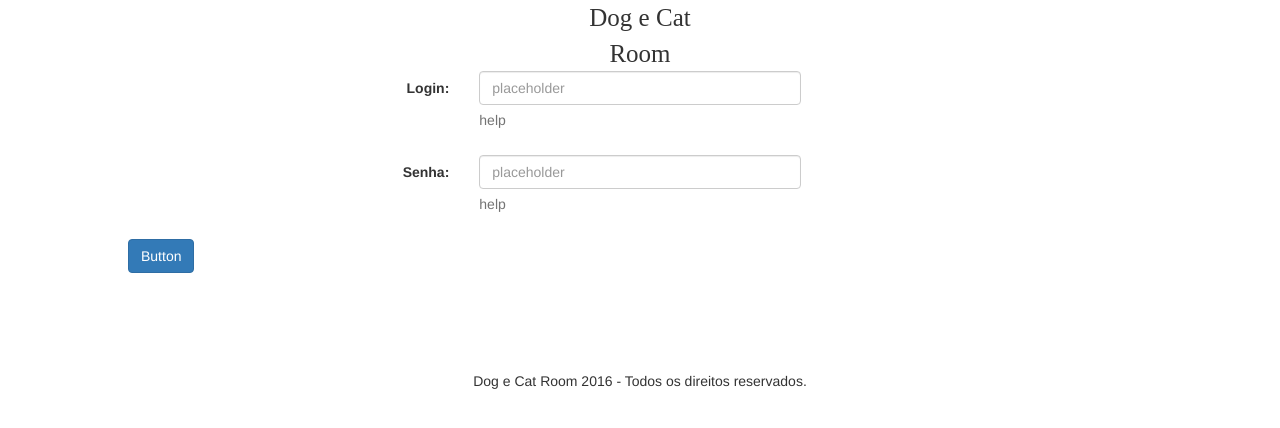
Repository: Natanzx/DogECatRoom
Page: http://localhost/DogECatRoom/login.jsp
The author's editor kept a copy of each file at every save. The page is drawn from the files as they stood at one save, then again after the next save.
The browser window is 1280 px wide. The pictures show the whole page.
The page is served by Tomcat 9.

Above is the page before, as saved 2016-05-15 19:29:20.

After the next save:
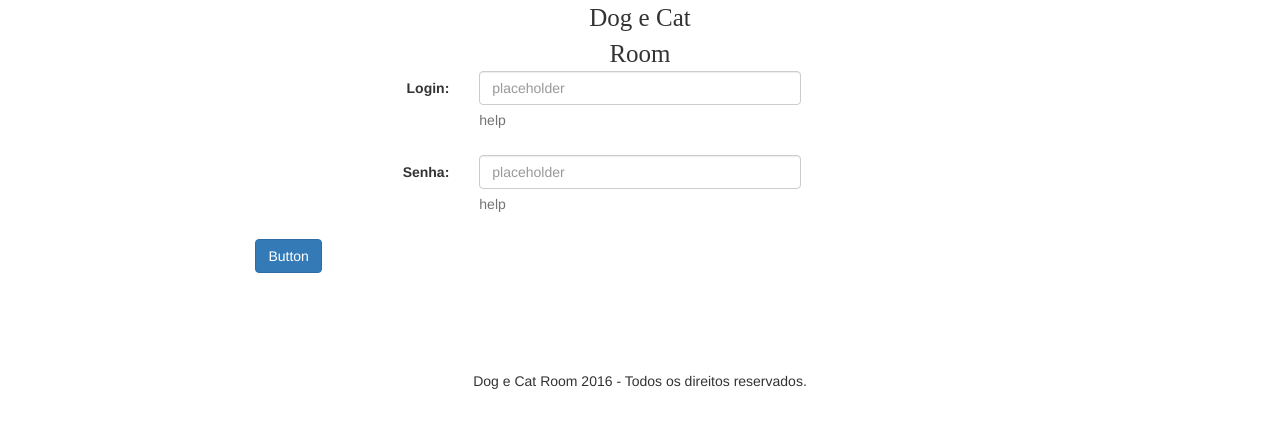
Saved 24 s later.
--- a/DogECatRoom/WebContent/login.jsp
+++ b/DogECatRoom/WebContent/login.jsp
@@ -48,7 +48,7 @@
 
 					<!-- Botao logar -->
 					<div class="form-group">
-						<div class="col-md-4">
+						<div class="col-md-4" style="text-align: center;">
 							<button id="singlebutton" name="singlebutton"
 								class="btn btn-primary">Button</button>
 						</div>
